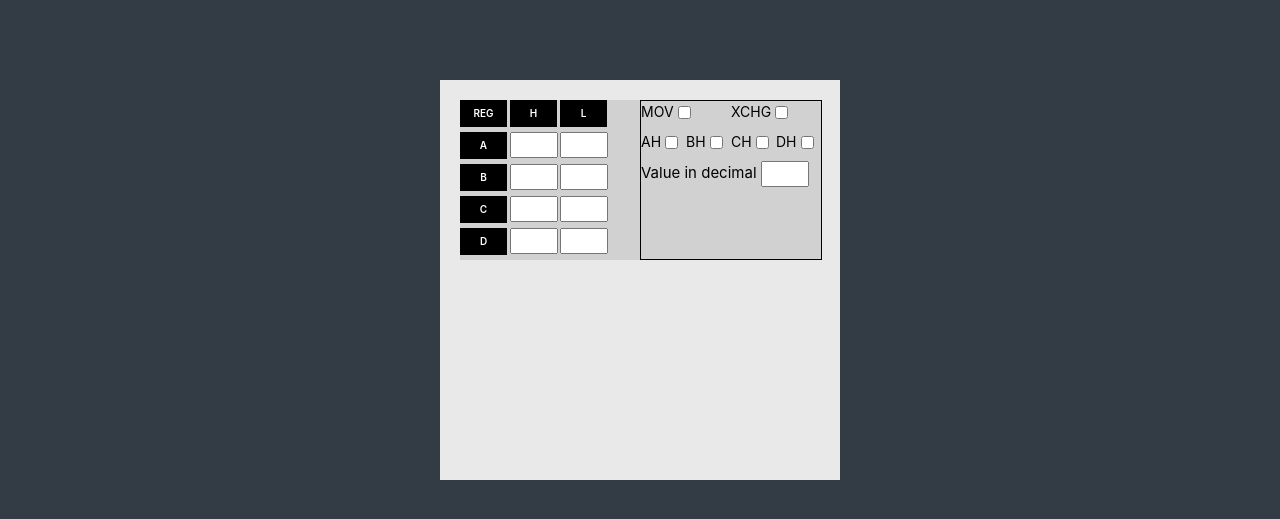
Repository: piookr-wsei/8086
Page: /
The author's editor kept a copy of each file at every save. The page is drawn from the files as they stood at one save, then again after the next save.
The browser window is 1280 px wide. The pictures show the whole page.
The project was rebuilt for these pictures with package versions that can differ from the ones it lists, and the page was loaded fresh each time.

Above is the page before, as saved 2022-06-18 21:32:22.

After the next save:
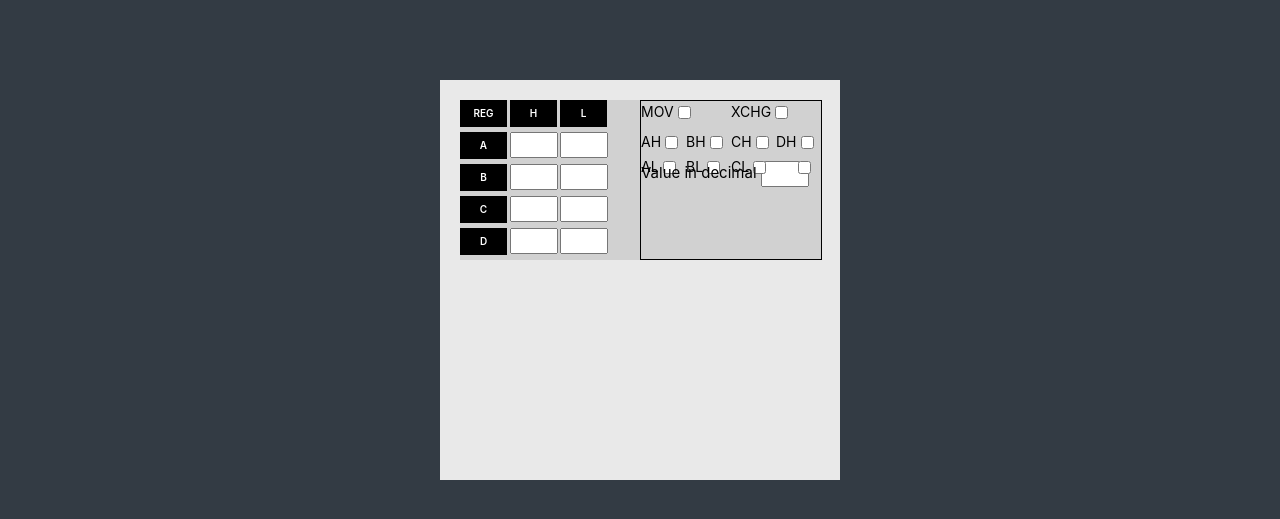
Saved 2 min 20 s later.
--- a/src/App.js
+++ b/src/App.js
@@ -81,6 +81,18 @@ function OpChange(){
                 <CheckWrapper>
                   DH<OpBox type="checkbox"/>
                 </CheckWrapper>
+                <CheckWrapper>
+                  AL<OpBox type="checkbox"/>
+                </CheckWrapper>
+                <CheckWrapper>
+                  BL<OpBox type="checkbox"/>
+                </CheckWrapper>
+                <CheckWrapper>
+                  CL<OpBox type="checkbox"/>
+                </CheckWrapper>
+                <CheckWrapper>
+                  DL<OpBox type="checkbox"/>
+                </CheckWrapper>
               </RegChWrapper>
 
               <LineWrap>
